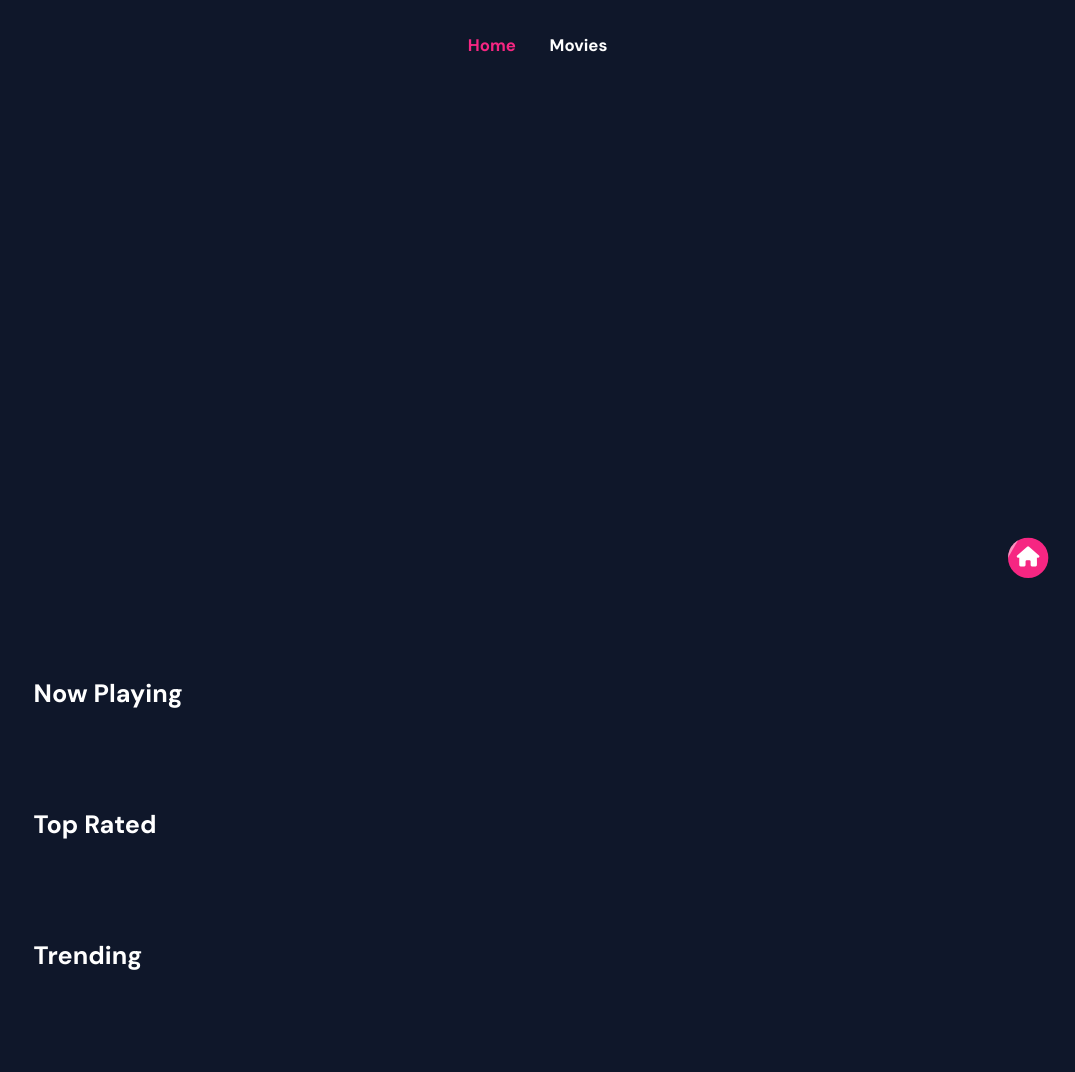
Repository: Linhyum/react-simple-movie
Page: /
These files come from the project's save history. The page is drawn as it stood at one moment and after the next save; the edit follows.
The browser window is 1280 px wide. The pictures show the whole page, at 84% of full size.
The page's requests for data from a server got no answer. The project was rebuilt for these pictures with package versions that can differ from the ones it lists, and the page was loaded fresh each time. No one was signed in, and anything a server would have sent is missing. Also part of the build but not shown: src/components/button/Button.js, src/components/movie/MovieCard.js.

Above is the page before, as saved 2023-04-02 17:29:15.

### public/index.html
<!DOCTYPE html>
<html lang="en">
    <head>
        <meta charset="utf-8" />
        <link rel="icon" href="%PUBLIC_URL%/favicon.ico" />
        <meta name="viewport" content="width=device-width, initial-scale=1" />
        <meta name="theme-color" content="#000000" />
        <meta name="description" content="Web site created using create-react-app" />
        <link rel="apple-touch-icon" href="%PUBLIC_URL%/logo192.png" />
        <!--
      manifest.json provides metadata used when your web app is installed on a
      user's mobile device or desktop. See https://developers.google.com/web/fundamentals/web-app-manifest/
    -->
        <link rel="manifest" href="%PUBLIC_URL%/manifest.json" />
        <link
            rel="stylesheet"
            href="https://cdnjs.cloudflare.com/ajax/libs/font-awesome/6.4.0/css/all.min.css"
            integrity="sha512-iecdLmaskl7CVkqkXNQ/ZH/XLlvWZOJyj7Yy7tcenmpD1ypASozpmT/E0iPtmFIB46ZmdtAc9eNBvH0H/ZpiBw=="
            crossorigin="anonymous"
            referrerpolicy="no-referrer"
        />
        <!--
      Notice the use of %PUBLIC_URL% in the tags above.
      It will be replaced with the URL of the `public` folder during the build.
      Only files inside the `public` folder can be referenced from the HTML.

      Unlike "/favicon.ico" or "favicon.ico", "%PUBLIC_URL%/favicon.ico" will
      work correctly both with client-side routing and a non-root public URL.
      Learn how to configure a non-root public URL by running `npm run build`.
    -->
        <title>React App</title>
    </head>
    <body>
        <noscript>You need to enable JavaScript to run this app.</noscript>
        <div id="root"></div>
        <!--
      This HTML file is a template.
      If you open it directly in the browser, you will see an empty page.

      You can add webfonts, meta tags, or analytics to this file.
      The build step will place the bundled scripts into the <body> tag.

      To begin the development, run `npm start` or `yarn start`.
      To create a production bundle, use `npm run build` or `yarn build`.
    --></body>
</html>

### src/index.js
import React from "react";
import ReactDOM from "react-dom/client";
import "./index.scss";
import App from "./App";
import reportWebVitals from "./reportWebVitals";
import { BrowserRouter } from "react-router-dom";

const root = ReactDOM.createRoot(document.getElementById("root"));
root.render(
    <React.StrictMode>
        <BrowserRouter>
            <App />
        </BrowserRouter>
    </React.StrictMode>
);

// If you want to start measuring performance in your app, pass a function
// to log results (for example: reportWebVitals(console.log))
// or send to an analytics endpoint. Learn more: https://bit.ly/CRA-vitals
reportWebVitals();

### src/index.scss
@tailwind base;
@tailwind components;
@tailwind utilities;
@import url("https://fonts.googleapis.com/css2?family=DM+Sans:wght@400;500;700&display=swap");

@layer base {
    body {
        @apply bg-slate-900 font-body px-5 text-white;
    }

    .pagination {
        display: flex;
        align-items: center;
        justify-content: center;
        column-gap: 30px;
        font-size: 22px;
        font-weight: 500;
    }

    .pagination .active {
        @apply text-primary;
    }

    @media (max-width: 639px) {
        .moive-page {
            @apply grid-cols-1;
        }
    }

    :root {
        --swiper-theme-color: #f62682 !important;
        --swiper-pagination-bullet-inactive-color: #aaa !important;
        --swiper-pagination-bullet-inactive-opacity: 1;
    }
    .swiper-button-prev,
    .swiper-button-next {
        position: absolute !important;
        top: 50% !important;
        width: 60px !important;
        height: 60px !important;
        margin-top: -12.5px !important;
        z-index: 10 !important;
        cursor: pointer !important;
        border-radius: 50% !important;
        background: rgb(204, 204, 204, 0.7) !important;
        transition: all 0.3s ease !important;
        display: flex;
        justify-content: center !important;
        align-items: center !important;
        font-weight: 700 !important;
    }

    .swiper-button-prev {
        left: 0;
    }

    .swiper-button-next {
        right: 0;
    }

    .swiper-button-prev:hover,
    .swiper-button-next:hover {
        background: rgb(204, 204, 204) !important;
    }
    .movie-list .swiper-pagination {
        display: none;
    }

    @media (max-width: 1023px) {
        .banner .swiper-pagination {
            display: none !important;
        }
    }

    /* Tạo thanh cuộn */
    body::-webkit-scrollbar {
        width: 10px;
    }

    /* Tạo màu nền cho thanh cuộn */
    body::-webkit-scrollbar-track {
        background-color: #eee;
    }

    /* Tạo màu cho thanh cuộn */
    body::-webkit-scrollbar-thumb {
        background-color: #f62682;
        border-radius: 5px;
    }
    button {
        position: relative;
        overflow: hidden;
        transition: all 0.3s ease-in-out;
    }

    button:before {
        content: "";
        position: absolute;
        top: 0;
        left: -100%;
        width: 100%;
        height: 100%;
        background-color: rgba(255, 255, 255, 0.5);
        transform: skewX(-30deg);
        transition: all 0.3s ease-in-out;
    }

    button:hover:before {
        left: 0;
    }

    button:hover {
        @apply bg-blue-600;
    }
    button:hover div {
        @apply text-blue-600;
    }
    button div {
        transition: all 0.3s ease-in-out;
    }
}

@layer components {
    .page-container {
        max-width: 1200px;
        @apply mx-auto;
    }
    .movie-list .swiper-slide {
        width: 270px;
    }
    .banner .swiper {
        height: 100%;
    }
    .trailer iframe {
        width: 100%;
        height: 100%;
    }
}

### src/App.js
import { Route, Routes } from "react-router-dom";
import Main from "./components/layout/Main";
// import HomePage from "./pages/HomePage";
// import MovieDetailsPage from "./pages/MovieDetailsPage";
// import MoviePage from "./pages/MoviePage";
import { lazy, Suspense } from "react";

const HomePage = lazy(() => import("./pages/HomePage"));
const MoviePage = lazy(() => import("./pages/MoviePage"));
const MovieDetailsPage = lazy(() => import("./pages/MovieDetailsPage"));

function App() {
    return (
        <Suspense fallback={<></>}>
            <Routes>
                <Route element={<Main></Main>}>
                    <Route path="/" element={<HomePage></HomePage>}></Route>
                    <Route path="/movies" element={<MoviePage></MoviePage>}></Route>
                    <Route
                        path="/movies/:slug"
                        element={<MovieDetailsPage></MovieDetailsPage>}
                    ></Route>
                </Route>
            </Routes>
        </Suspense>
    );
}

export default App;

### src/components/layout/Main.js
import React from "react";
import Header from "./Header";
import { Outlet } from "react-router-dom";
const Main = () => {
    return (
        <>
            <Header></Header>
            <Outlet></Outlet>
        </>
    );
};

export default Main;

### src/pages/HomePage.js
import React from "react";
import Banner from "../components/banner/Banner";
import MovieList from "../components/movie/MovieList";

const HomePage = () => {
    return (
        <>
            <Banner></Banner>
            <section className="movies-layout page-container pb-20">
                <h2 className="capitalize  mb-10 text-3xl font-bold">Now playing</h2>
                <MovieList type={"now_playing"}></MovieList>
            </section>

            <section className="movies-layout page-container pb-20">
                <h2 className="capitalize  mb-10 text-3xl font-bold">Top Rated</h2>
                <MovieList type={"top_rated"}></MovieList>
            </section>

            <section className="movies-layout page-container pb-20">
                <h2 className="capitalize  mb-10 text-3xl font-bold">Trending</h2>
                <MovieList type={"popular"}></MovieList>
            </section>
        </>
    );
};

export default HomePage;

### src/components/layout/Header.js
import React from "react";
import { NavLink } from "react-router-dom";

const Header = () => {
    const active = ({ isActive }) => isActive && "text-primary";
    const handleClick = () => {
        window.scrollTo({ top: 0, behavior: "smooth" });
    };
    return (
        <>
            <header className="header text-xl font-semibold flex items-center justify-center gap-x-10  py-10 mb-5">
                <NavLink to={"/"} className={active}>
                    Home
                </NavLink>
                <NavLink to={"/movies"} className={active}>
                    Movies
                </NavLink>
            </header>
            <button
                className="fixed z-50 bottom-8 right-8  w-12 h-12 rounded-full bg-primary text-2xl"
                onClick={handleClick}
            >
                <i class="fa-solid fa-house"></i>
            </button>
        </>
    );
};

export default Header;

### src/components/banner/Banner.js
import React from "react";
import useSWR from "swr";
import { SwiperSlide, Swiper } from "swiper/react";
import "swiper/scss";
import { fetcher, getImg, getMovieList } from "../../config";
import { useNavigate } from "react-router-dom";
import SwiperCore, { Navigation, Pagination, Autoplay } from "swiper";
import "swiper/swiper-bundle.css";
SwiperCore.use([Navigation, Pagination, Autoplay]);
const Banner = () => {
    const { data } = useSWR(getMovieList("upcoming"), fetcher);
    const banners = data?.results || [];
    return (
        <section className="banner h-[600px] page-container mb-20 ">
            <Swiper
                navigation={{ prevEl: ".swiper-button-prev", nextEl: ".swiper-button-next" }}
                autoplay={{ delay: 5000, disableOnInteraction: false }}
                pagination={{ clickable: true }}
                slidesPerView={1}
            >
                {banners.length > 0 &&
                    banners.map((item) => (
                        <SwiperSlide key={item.id}>
                            <BannerItem info={item}></BannerItem>
                        </SwiperSlide>
                    ))}
                <div className="swiper-button-prev"></div>
                <div className="swiper-button-next"></div>
            </Swiper>
        </section>
    );
};

const BannerItem = ({ info }) => {
    const navigate = useNavigate();
    return (
        <div className="w-full h-full rounded-lg relative text-white">
            <div className="overlay absolute inset-0 bg-gradient-to-t from-[rgba(0,0,0,0.7)] to-[rgba(0,0,0,0.2)] rounded-lg"></div>
            <img
                src={getImg(info.poster_path)}
                alt=""
                className="w-full h-full object-cover rounded-lg"
            />
            <div className="absolute left-5 bottom-5 w-full ">
                <h2 className="font-bold text-3xl mb-5">{info.title}</h2>
                <div className="flex items-center gap-x-3 mb-8">
                    <span className="cursor-pointer py-2 px-4 border border-white rounded-md">
                        Adventure
                    </span>
                    <span className="cursor-pointer py-2 px-4 border border-white rounded-md">
                        Adventure
                    </span>
                    <span className="cursor-pointer py-2 px-4 border border-white rounded-md">
                        Adventure
                    </span>
                </div>
                <button
                    onClick={() => navigate(`/movies/${info.id}`)}
                    className="py-3 flex items-center justify-center gap-x-3 px-6 rounded-lg bg-primary text-xl  font-bold"
                >
                    <span>Watch Now</span>
                    <div className="w-10 h-10 rounded-full bg-white text-primary flex items-center justify-center">
                        <i class="fa-solid fa-play"></i>
                    </div>
                </button>
            </div>
        </div>
    );
};

export default Banner;

### src/components/movie/MovieList.js
import React from "react";
import { SwiperSlide, Swiper } from "swiper/react";
import "swiper/scss";
import useSWR from "swr";
import { fetcher, getMovieList } from "../../config";
import MovieCard from "./MovieCard";
import SwiperCore, { Navigation, Pagination, Autoplay } from "swiper";
import "swiper/swiper-bundle.css";
SwiperCore.use([Navigation, Pagination, Autoplay]);
//https://api.themoviedb.org/3/movie/now_playing?api_key=<<api_key>>
//https://api.themoviedb.org/3/movie/popular?api_key=<<api_key>>
//https://api.themoviedb.org/3/movie/top_rated?api_key=<<api_key>>
let slidesPerView = 0;
const MovieList = ({ type }) => {
    const { data } = useSWR(getMovieList(type), fetcher);
    const movies = data?.results || [];
    return (
        <div className="movie-list">
            <Swiper
                navigation={{ prevEl: ".swiper-button-prev", nextEl: ".swiper-button-next" }}
                spaceBetween={30}
                slidesPerView={slidesPerView}
                grabCursor={true}
                breakpoints={{
                    0: {
                        slidesPerView: 1,
                        spaceBetween: 0,
                    },
                    640: {
                        slidesPerView: 2,
                        spaceBetween: 20,
                    },
                    768: {
                        slidesPerView: 3,
                        spaceBetween: 20,
                    },
                    1024: {
                        slidesPerView: 4,
                        spaceBetween: 30,
                    },
                    1280: {
                        slidesPerView: 4,
                        spaceBetween: 30,
                    },
                    1536: {
                        slidesPerView: 5,
                        spaceBetween: 40,
                    },
                }}
            >
                {movies.length > 0 &&
                    movies.map((item) => (
                        <SwiperSlide key={item.id}>
                            <MovieCard info={item}></MovieCard>
                        </SwiperSlide>
                    ))}
                <div className="swiper-button-prev"></div>
                <div className="swiper-button-next"></div>
            </Swiper>
        </div>
    );
};

export default MovieList;

### src/config.js
const fetcher = (...args) => fetch(...args).then((res) => res.json());
const getMovieList = (type1 = "", type2 = "", type3 = "") =>
    `https://api.themoviedb.org/3${type3}/movie/${type1}${type2}?api_key=9e4dcf244e30611641c2a44c752a2353`;
const getImg = (type) => `https://image.tmdb.org/t/p/original${type}`;
export { fetcher, getMovieList, getImg };

### tailwind.config.js
/** @type {import('tailwindcss').Config} */
module.exports = {
    content: ["./src/**/*.{js,jsx,ts,tsx}"],
    theme: {
        extend: {
            fontFamily: {
                body: ["DM Sans", "sans-serif"],
            },
            colors: {
                primary: "#f62682",
            },
        },
    },
    plugins: [],
};

Loaded but not shown: src/reportWebVitals.js (common file)

After the next save:
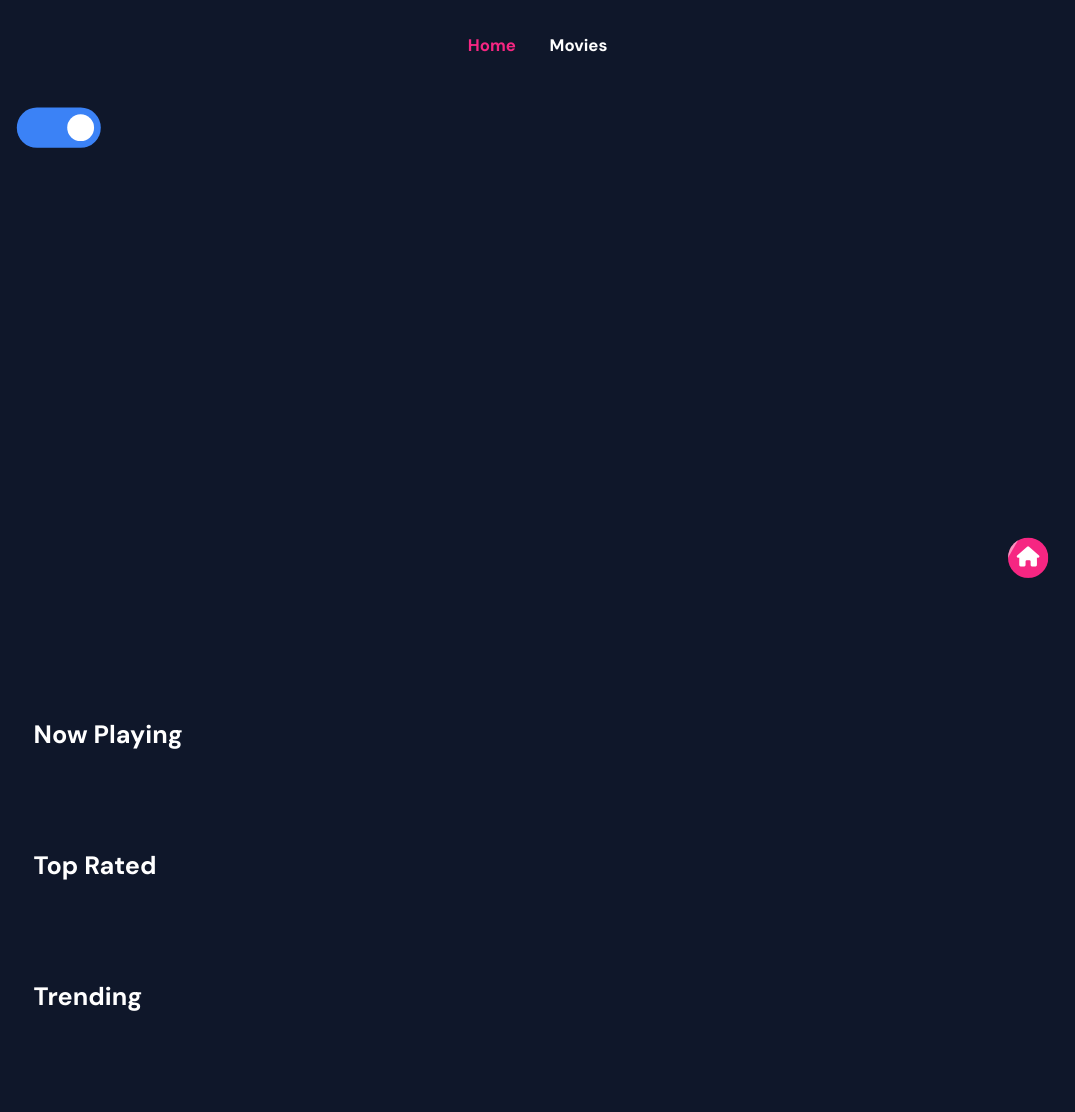
Saved 51 s later.
--- a/src/components/layout/Header.js
+++ b/src/components/layout/Header.js
@@ -22,6 +22,13 @@ const Header = () => {
             >
                 <i class="fa-solid fa-house"></i>
             </button>
+
+            <label className="cursor-pointer">
+                <input type="checkbox" name="" id="" className="hidden" />
+                <span className="rounded-full w-[100px] bg-blue-500 p-2 inline-block h-12">
+                    <span className="inline-block w-8 h-8 bg-white rounded-full translate-x-[52px]"></span>
+                </span>
+            </label>
         </>
     );
 };
